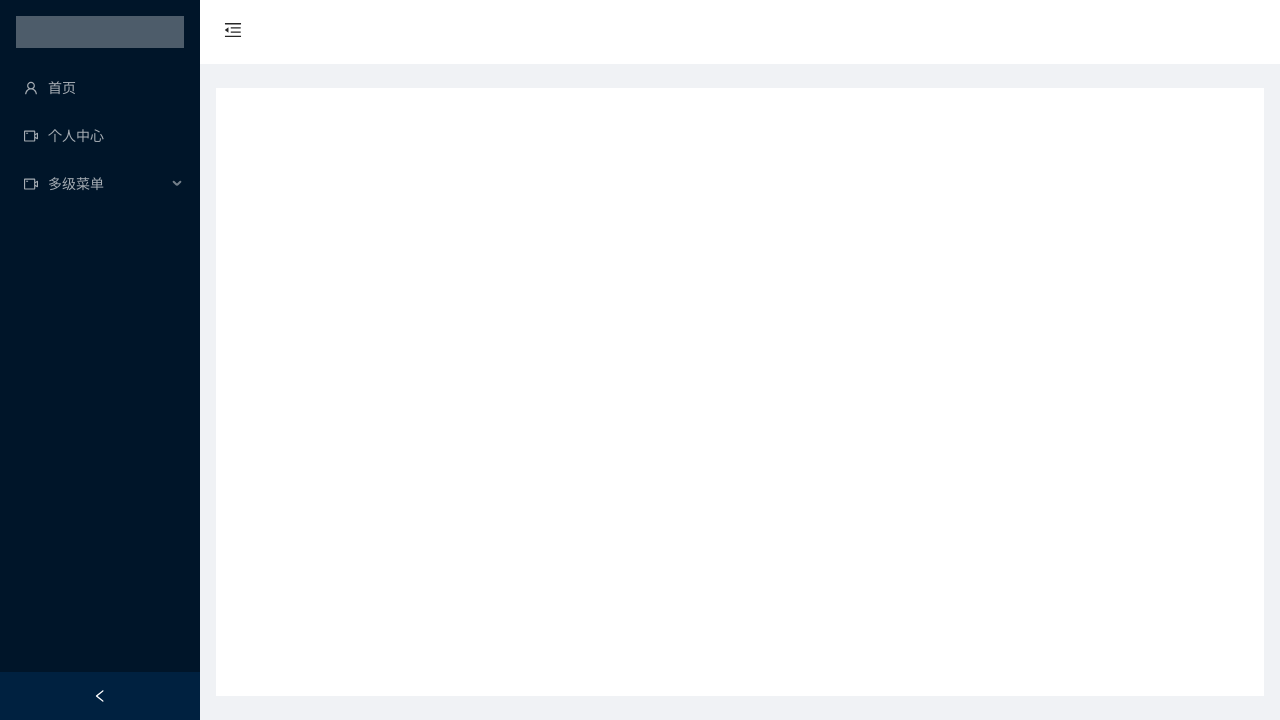
Repository: DallenCat/react-test
Page: /
The author's editor kept a copy of each file at every save. The page is drawn from the files as they stood at one save, then again after a run of saves.
The browser window is 1280 px wide. The pictures show the whole page.
The project was rebuilt for these pictures with package versions that can differ from the ones it lists, and the page was loaded fresh each time. Also part of the build but not shown: src/containers/login/index.js, src/containers/dashboard/index.js, src/containers/personal/index.js.

Above is the page before, as saved 2021-10-29 16:13:22.

After the next 2 saves:
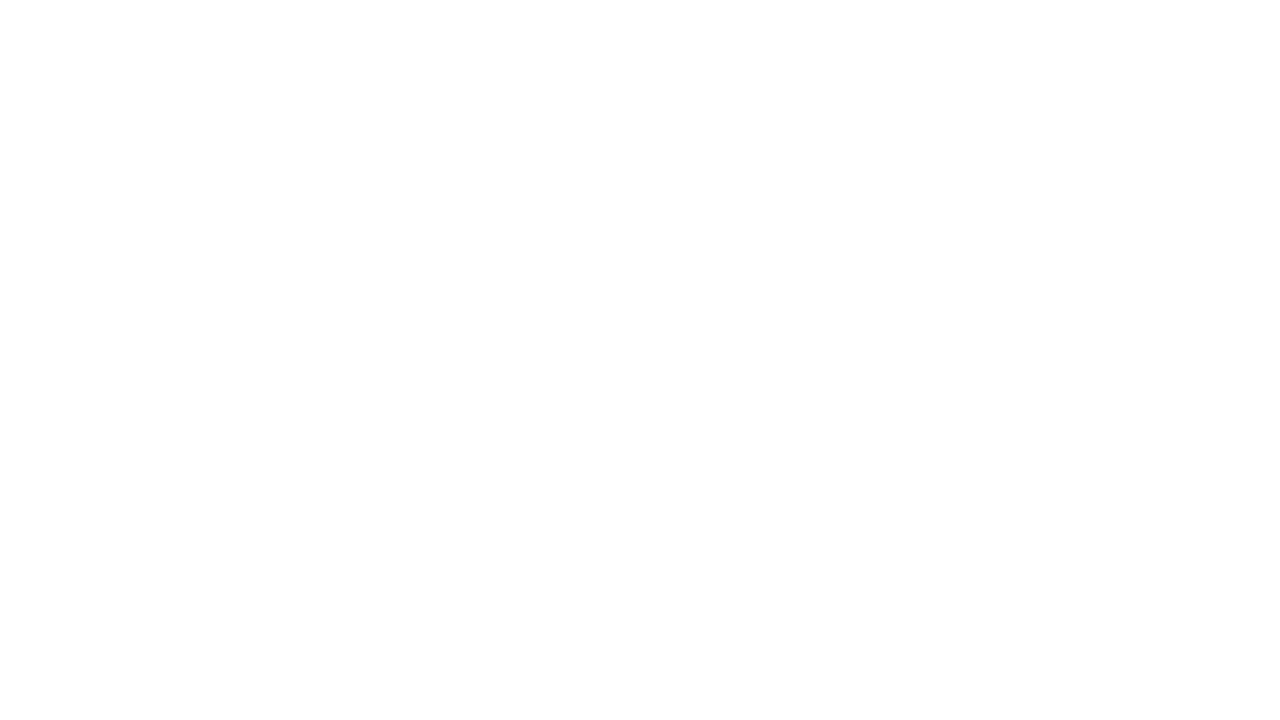
Console error: TypeError: Cannot read properties of undefined (reading 'pathname')
The 2 saves are shown as one change because they came seconds apart.
The last was saved 8 min 49 s later.
--- a/src/App.js
+++ b/src/App.js
@@ -1,3 +1,11 @@
+/*
+ * @Descripttion:
+ * @version:
+ * @Author: dal
+ * @Date: 2021-10-26 17:14:54
+ * @LastEditors: dal
+ * @LastEditTime: 2021-10-29 16:22:11
+ */
 
 import './App.css';
 import Routes from './routes';
@@ -5,6 +13,9 @@
 import SiderDemo from "@/components/layout/index.js"
 import { Component } from 'react';
 class App extends Component {
+  componentDidMount() {
+    console.log(this.props.location.pathname)
+  }
   render() {
     let LayoutRouter = (props) => {
       return (

After the save that followed:
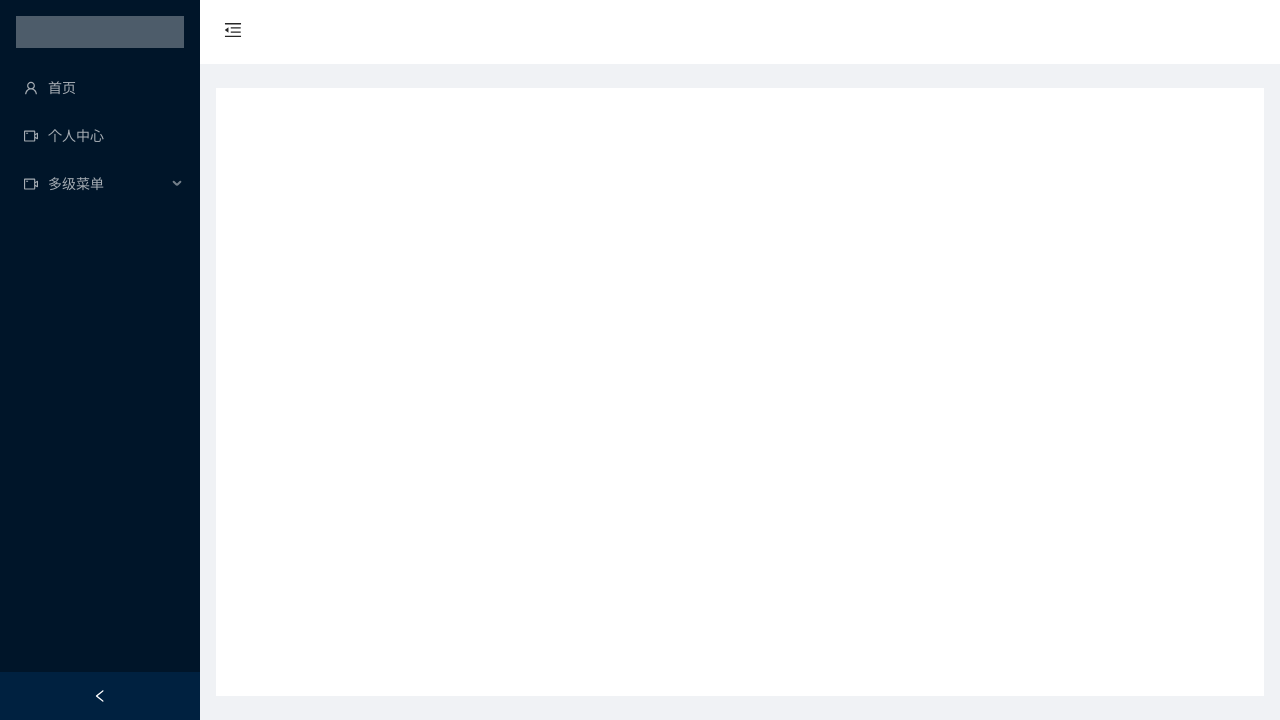
The error is gone.
Saved 2 min 16 s later.
--- a/src/App.js
+++ b/src/App.js
@@ -4,7 +4,7 @@
  * @Author: dal
  * @Date: 2021-10-26 17:14:54
  * @LastEditors: dal
- * @LastEditTime: 2021-10-29 16:22:11
+ * @LastEditTime: 2021-10-29 16:24:27
  */
 
 import './App.css';
@@ -14,7 +14,7 @@
 import { Component } from 'react';
 class App extends Component {
   componentDidMount() {
-    console.log(this.props.location.pathname)
+    console.log(this.props)
   }
   render() {
     let LayoutRouter = (props) => {
